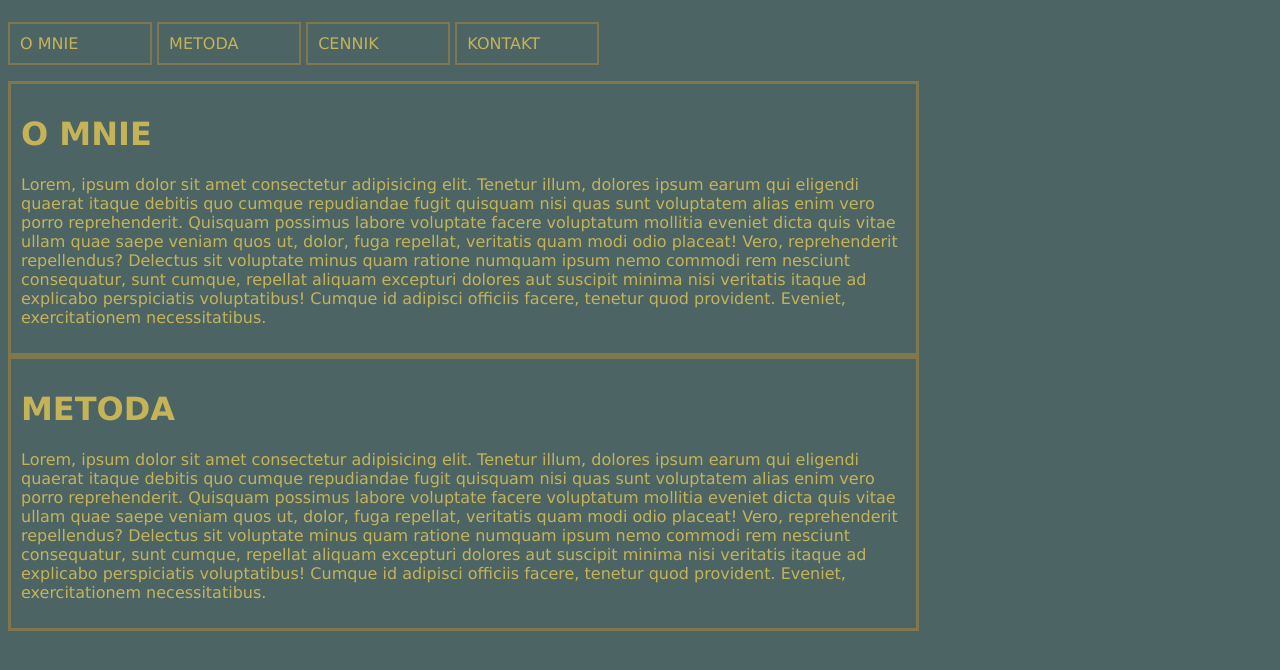
Repository: LechCieslak/zzz_webside
Page: index.html
An editor plug-in stored every save of this project. The page is shown before and after the next save, followed by the edit.
The browser window is 1280 px wide. The pictures show the whole page.
After loading, the first visible `li.uj1` was clicked once.

Above is the page before, as saved 2020-08-18 13:36:59.

After the next save:
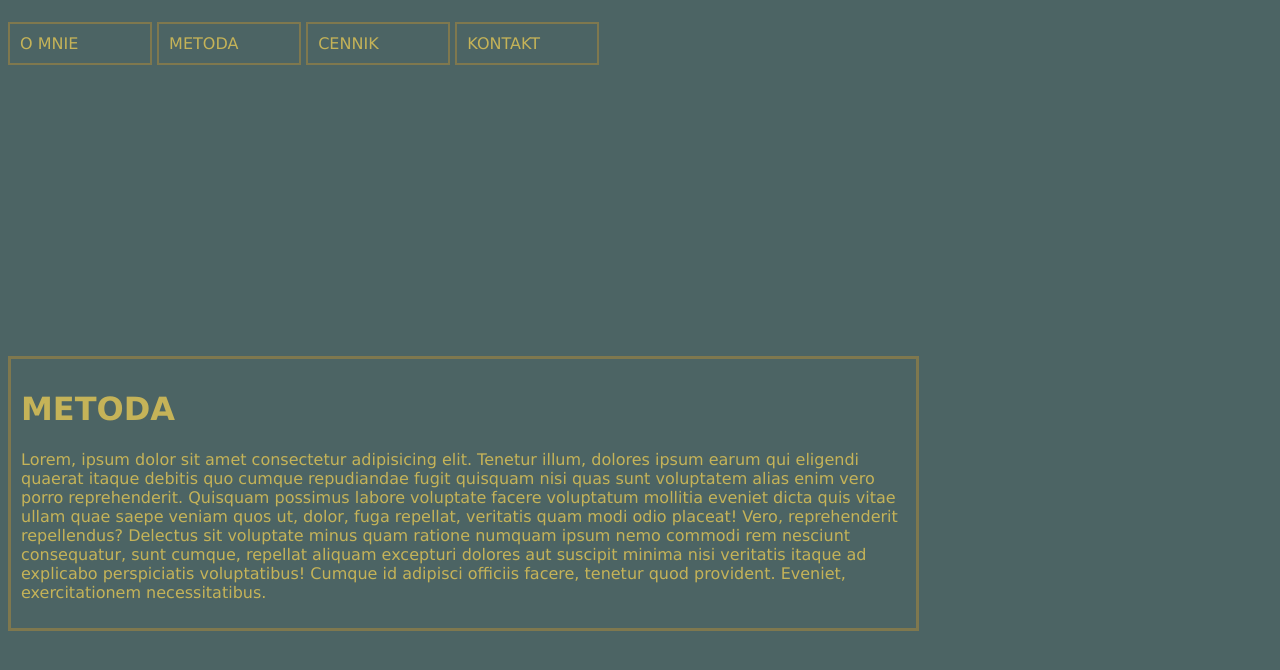
Saved 14 s later.
--- a/style.css
+++ b/style.css
@@ -37,5 +37,5 @@
 }
 
 .nowa {
-    opacity: 1;
+    opacity: 0;
 }

After the save that followed:
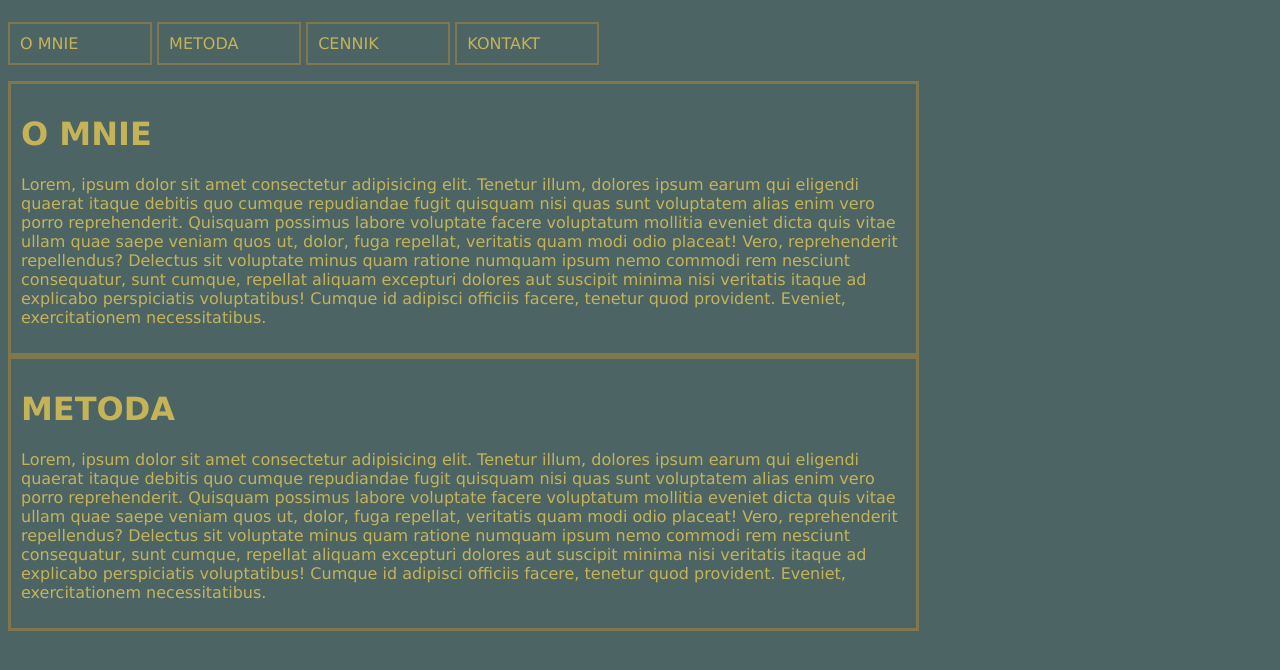
Saved 10 s later.
--- a/style.css
+++ b/style.css
@@ -37,5 +37,5 @@
 }
 
 .nowa {
-    opacity: 0;
+    opacity: 1;
 }
